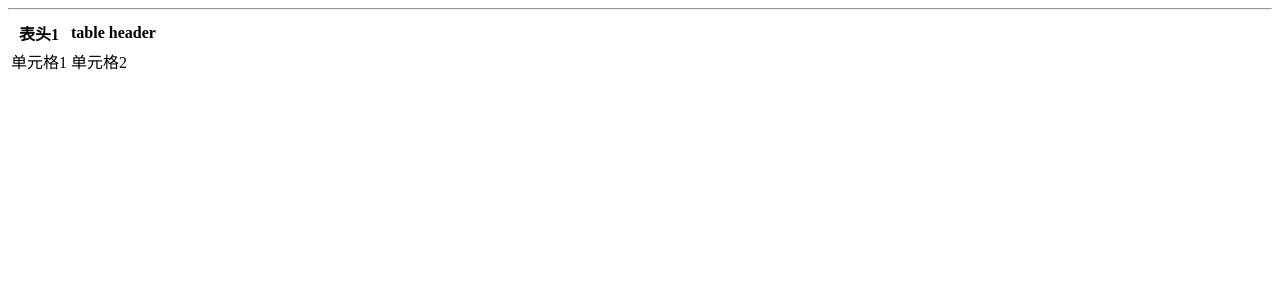
Repository: libelosophy/anjoyo
Page: workspace/QTalk/WebContent/html/table.html
An editor plug-in stored every save of this project. The page is shown before and after the next save, followed by the edit.
The browser window is 1280 px wide. The pictures show the whole page.

Above is the page before, as saved 2013-09-09 11:12:52.

### workspace/QTalk/WebContent/html/table.html
<html>
<head>
<title>HTML Layout</title>
<meta name="author" content="jh">

</head>
<hr />


<table name="table test">
<tr>
	<th>表头1</th>
	<th>table header</th>
</tr>
<tr>
	<td>单元格1</td>
	<td>单元格2</td>
</tr>



</table>









</html>

After the next save:
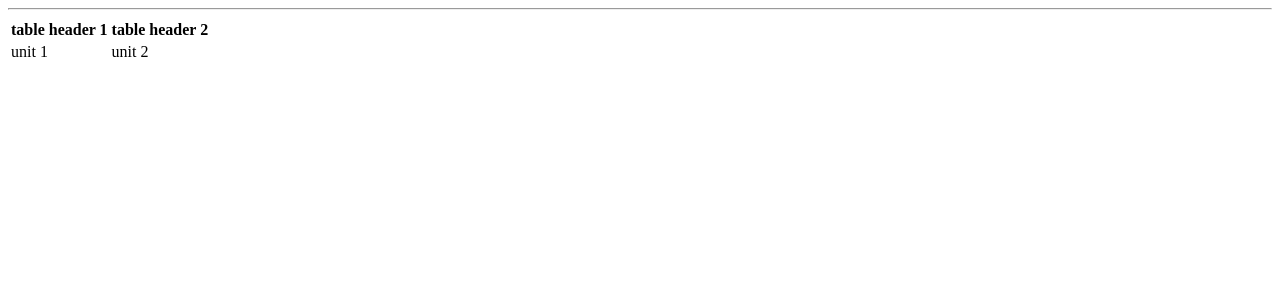
Saved 40 s later.
--- a/workspace/QTalk/WebContent/html/table.html
+++ b/workspace/QTalk/WebContent/html/table.html
@@ -9,13 +9,14 @@
 
 <table name="table test">
 <tr>
-	<th>表头1</th>
-	<th>table header</th>
+	<th>table header 1</th>
+	<th>table header 2</th>
 </tr>
 <tr>
-	<td>单元格1</td>
-	<td>单元格2</td>
+	<td>unit 1</td>
+	<td>unit 2</td>
 </tr>
+</table>
 
 
 
